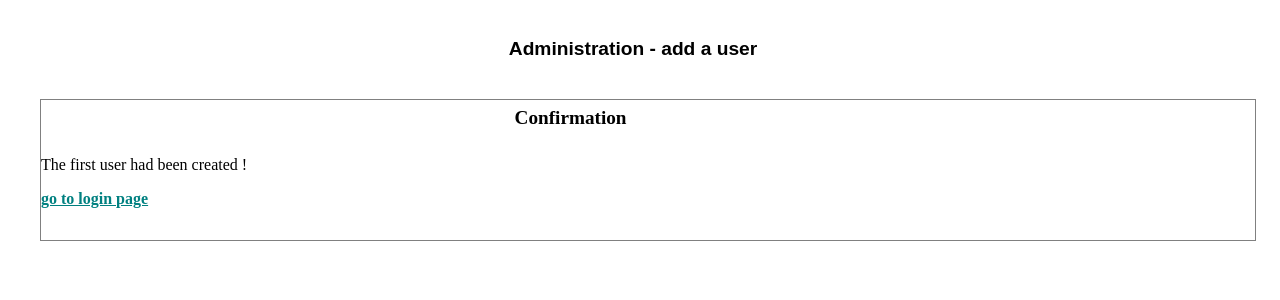
Repository: adrien2riviere/articles_application
Page: itemapp/itemapp/src/main/resources/templates/admin/admconf.html
The author's editor kept a copy of each file at every save. The page is drawn from the files as they stood at one save, then again after the next save.
The browser window is 1280 px wide. The pictures show the whole page.

Above is the page before, as saved 2025-10-19 10:27:12.

After the next save:
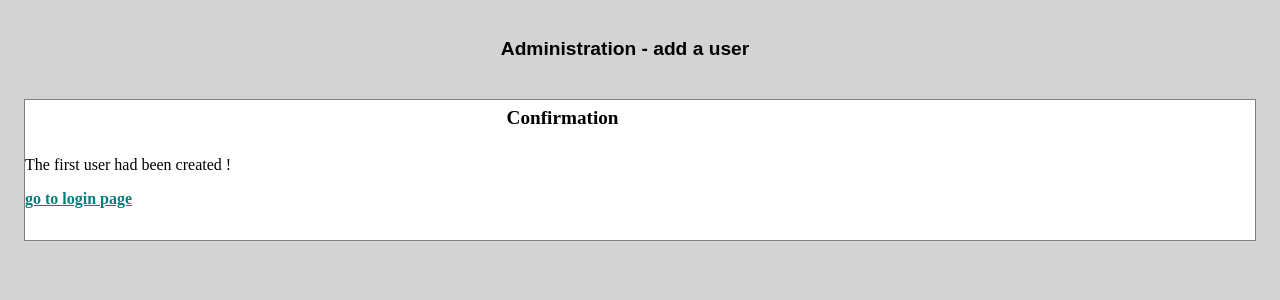
Saved 39 s later.
--- a/itemapp/itemapp/src/main/resources/static/css/admin/admconf.css
+++ b/itemapp/itemapp/src/main/resources/static/css/admin/admconf.css
@@ -1,5 +1,5 @@
 body {
-  padding-inline-start:1em;
+	background-color:lightgrey;
 }
 
 h2 {
